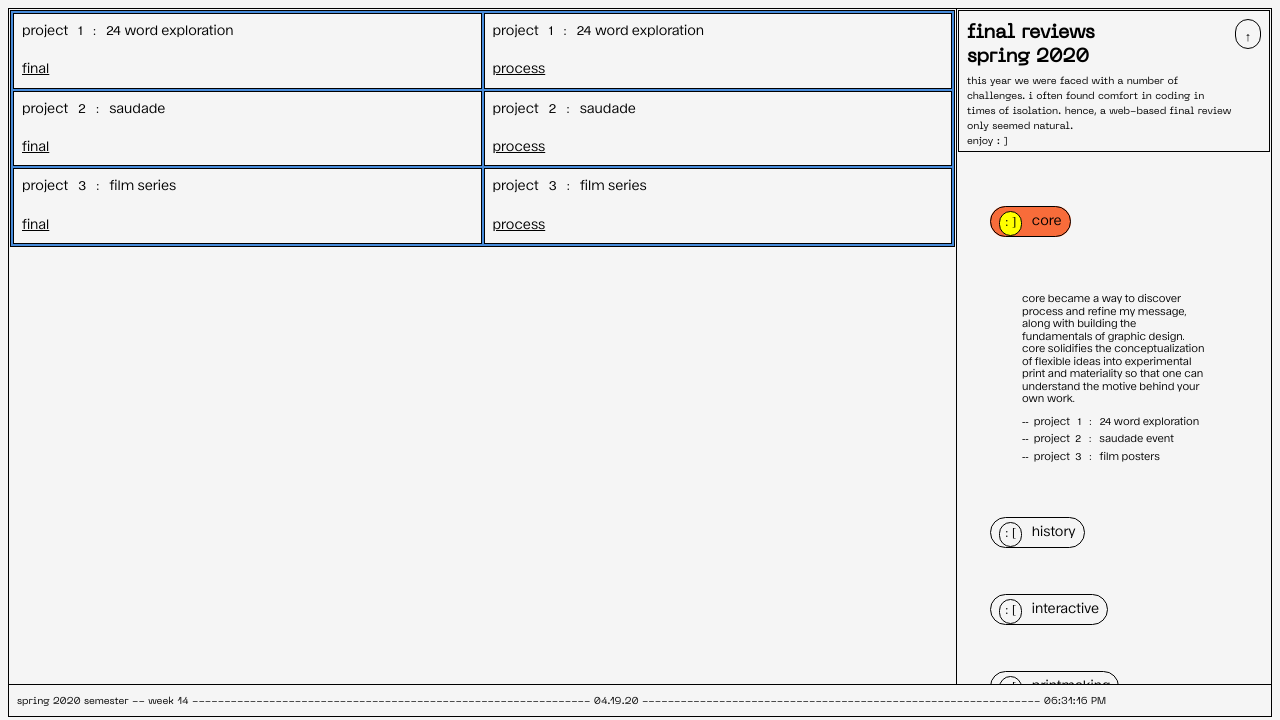
Repository: ayoungblood2/Spring-Semester-2020
Page: index v2/classes/core.html
The author's editor kept a copy of each file at every save. The page is drawn from the files as they stood at one save, then again after the next save.
The browser window is 1280 px wide. The pictures show the whole page.
Some web libraries are served in a nearby version.

Above is the page before, as saved 2020-04-19 21:39:56.

### index v2/classes/core.html
<html lang="en">

    <head>

        <meta charset="UTF-8">
        <meta name="viewport" content="width=device-width, initial-scale=1.0">
        <meta http-equiv="X-UA-Compatible" content="ie=edge">
        <link rel="stylesheet" href="/index v2/assets/css/main.css">

        <link rel="apple-touch-icon" sizes="180x180" href="/index v2/assets/icon/favicon_io/apple-touch-icon.png">
        <link rel="icon" type="image/png" sizes="32x32" href="/index v2/assets/icon/favicon_io/favicon-32x32.png">
        <link rel="icon" type="image/png" sizes="16x16" href="/index v2/assets/icon/favicon_io/favicon-16x16.png">

        <!-- <META HTTP-EQUIV="refresh" CONTENT="5; URL=http://127.0.0.1:5500/index%20v2/index2.html"> -->


        <title> : ] [ :</title>


    </head>

    <body class="none">


        <div id="coords" data-html2canvas-ignore="true" style="color: black; top: 747px; left: 58px;">click(48,737)
        </div>


        <main class="Main">

            <!-- <header class="PageHeader PageHeader--home">

                <section class="PageHeader-classInfo">
                    april 24th
                    <br>10:50 — 11:35am (F)
                    <br><a href="https://www.art.yale.edu/AveryYoungblood" target="_blank"
                        class="PageHeader--link">avery
                        youngblood</a>
                </section>
            </header>

            <header class="PageHeader PageHeader--home">
                <section class="PageHeader-classInfo">
                    welcome,
                    <br> please email me
                    <br><a href="avery.youngblood@yale.edu" class="PageHeader--link">feedback here</a>
                </section>
            </header> -->




            <header class="grid-container">
                <a href="/index v2/classes/core-prct1-1.html" class="PageHeader--link--2">
                    <section class="grid-item">
                        project&nbsp;&nbsp;&nbsp;1&nbsp;&nbsp;&nbsp;:&nbsp;&nbsp;&nbsp;24 word
                        exploration
                        <br>&nbsp;
                        <br><span style="text-decoration: underline;">final</span>
                    </section>
                </a>

                <a href="/index v2/classes/core-prct1-2.html" class="PageHeader--link--2">
                    <section class="grid-item">
                        project&nbsp;&nbsp;&nbsp;1&nbsp;&nbsp;&nbsp;:&nbsp;&nbsp;&nbsp;24 word
                        exploration
                        <br>&nbsp;
                        <br><span style="text-decoration: underline;">process</span>
                    </section>
                </a>

                <a href="/index v2/classes/core-prct2-1.html" class="PageHeader--link--2">
                    <section class="grid-item">
                        project&nbsp;&nbsp;&nbsp;2&nbsp;&nbsp;&nbsp;:&nbsp;&nbsp;&nbsp;saudade
                        <br>&nbsp;
                        <br><span style="text-decoration: underline;">final</span>
                    </section>
                </a>

                <a href="/index v2/classes/core-prct2-2.html" class="PageHeader--link--2">
                    <section class="grid-item">
                        project&nbsp;&nbsp;&nbsp;2&nbsp;&nbsp;&nbsp;:&nbsp;&nbsp;&nbsp;saudade
                        <br>&nbsp;
                        <br><span style="text-decoration: underline;">process</span>
                    </section>
                </a>

                <a href="/index v2/classes/core-prct3-1.html" class="PageHeader--link--2">
                    <section class="grid-item">
                        project&nbsp;&nbsp;&nbsp;3&nbsp;&nbsp;&nbsp;:&nbsp;&nbsp;&nbsp;film series
                        <br>&nbsp;
                        <br><span style="text-decoration: underline;">final</span>
                    </section>
                </a>

                <a href="/index v2/classes/core-prct3-2.html" class="PageHeader--link--2">
                    <section class="grid-item">
                        project&nbsp;&nbsp;&nbsp;3&nbsp;&nbsp;&nbsp;:&nbsp;&nbsp;&nbsp;film series
                        <br>&nbsp;
                        <br><span style="text-decoration: underline;">process</span>
                    </section>
                </a>

            </header>

        </main>





        <header class="Header">

            <a href="/index v2/index2.html" class="Header-link">
                <div class="wrapper">

                    <span class="Header-title">
                        <h2>
                            <span class="Header-span">final reviews</span>
                            <span class="Header-span">spring 2020</span></h2>
                        <br>
                        <div class="content">
                            <p> this year we were faced with a number of challenges.
                                i often found comfort in coding in times of isolation.
                                hence, a web-based final review only seemed natural. </p>
                            <p> enjoy : ] </p>

                    </span>
                    </span>

                </div>

                </div>
                <button onClick="window.location.href=window.location.href" class="Header-arrow">
                    ↑
                </button>

            </a>


            <nav class="Nav is-home">

                <ul class="Nav-list">

                    <li class="Nav-item ">
                        <span>
                            <a href="/index v2/index2.html" class="Nav-link-2" href="#" data-target="core">
                                core
                            </a>
                        </span>
                        <img src="/index v2/classes/core/project1/Avery_Slang_BW.png"
                            style="width:150%;transform:rotate(20deg);" class="page-header" />

                    </li>

                    <li class="more">
                        core became a way to discover process and refine my message, along with building the
                        fundamentals of graphic design.
                        core solidifies the conceptualization of flexible ideas into experimental print and
                        materiality so that one can understand the motive behind your own work.
                        <br><br><br>
                        <p>--&nbsp;&nbsp;project&nbsp;&nbsp;&nbsp;1&nbsp;&nbsp;&nbsp;:&nbsp;&nbsp;&nbsp;24 word
                            exploration</p>
                        <br>
                        <p>--&nbsp;&nbsp;project&nbsp;&nbsp;2&nbsp;&nbsp;&nbsp;:&nbsp;&nbsp;&nbsp;saudade event</p>
                        <br>
                        <p>--&nbsp;&nbsp;project&nbsp;&nbsp;3&nbsp;&nbsp;&nbsp;:&nbsp;&nbsp;&nbsp;film posters</p>
                    </li>





                    <li class="Nav-item ">
                        <span>
                            <a href="/index v2/classes/history.html"
                                class="Nav-link view-more view-less" href="#" data-target="history">
                                history
                            </a>
                        </span>
                        <img src="/index v2/classes/history/other images/event_default_31_1.jpg"
                            style="width:60%;transform:rotate(-50deg);margin:50px;" />
                        <ul id="history" class="viewing-less">

                            <li class="more">
                                this semester history provided me with context for design. instead of conceptualizing
                                from
                                personal ideation,
                                my process became reversed in history of graphic design. i found myself working from
                                historical references first,
                                then contextualizing into my own design language.
                                <br><br><br>
                                <p>--&nbsp;&nbsp;project&nbsp;&nbsp;&nbsp;1&nbsp;&nbsp;&nbsp;:&nbsp;&nbsp;&nbsp;sf
                                    psychedelic rock posters</p>
                                <br>
                                <p>--&nbsp;&nbsp;project&nbsp;&nbsp;2&nbsp;&nbsp;&nbsp;:&nbsp;&nbsp;&nbsp;designer
                                    accordion
                                </p>
                                <br>
                                <p>--&nbsp;&nbsp;project&nbsp;&nbsp;3&nbsp;&nbsp;&nbsp;:&nbsp;&nbsp;&nbsp;reading</p>
                                <br>
                                <p>--&nbsp;&nbsp;project&nbsp;&nbsp;4&nbsp;&nbsp;&nbsp;:&nbsp;&nbsp;&nbsp;research &
                                    resources</p>
                            </li>
                        </ul>
                    </li>


                    <li class="Nav-item ">
                        <span>
                            <a href="/index v2/classes/interactive.html"
                                class="Nav-link view-more view-less" href="#" data-target="interact">
                                interactive
                            </a>
                        </span>
                        <img src="/index v2/classes/interactive/web-as-site.png"
                            style="width:70%;transform:rotate(2deg);margin-top:300px;margin-left:300px;" />
                        <ul id="interact" class="viewing-less">

                            <li class="more">
                                we covered a lot in interactive this semester.
                                i've been actively learning HTML, CSS, and JavaScript, and experimenting ways to
                                introduce
                                these methods into my everyday studio practice.
                                the readings we had about the internet and the relationship to
                                embodied experience were eye-opening discussions.
                                everything of what i thought web-design "should-be" vanished. all expectations and
                                rules,
                                gone.
                                i learned there is a space for art in the web-space.
                                i appreciate the freedom of expression and encouragement of creativity from
                                conceptually-driven prompts in this class.
                                i want to incorporate this new perspective of organizing and translating design/process
                                into
                                an interactive space.
                                <br><br><br>
                                <p>--&nbsp;&nbsp;project&nbsp;&nbsp;&nbsp;1&nbsp;&nbsp;&nbsp;:&nbsp;&nbsp;&nbsp;list</p>
                                <br>
                                <p>--&nbsp;&nbsp;project&nbsp;&nbsp;2&nbsp;&nbsp;&nbsp;:&nbsp;&nbsp;&nbsp;clock</p>
                                <br>
                                <p>--&nbsp;&nbsp;project&nbsp;&nbsp;3&nbsp;&nbsp;&nbsp;:&nbsp;&nbsp;&nbsp;reading &
                                    resources</p>
                            </li>
                        </ul>
                    </li>


                    <li class="Nav-item ">
                        <span>
                            <a href="/index v2/classes/printmaking.html"
                                class="Nav-link view-more view-less" href="#" data-target="print">
                                printmaking
                            </a>
                        </span>
                        <img src="/index v2/classes/printmaking/reference pics/Screen Shot 2020-04-16 at 5.17.14 AM.png"
                            style="width:50%;transform:rotate(20deg);margin-top:200px;margin-left:10px;" />
                        <ul id="print" class="viewing-less">

                            <li class="more">
                                printmaking considers ways in which multiplicity, circulation, and archives have
                                functioned
                                within contemporary print based artworks.
                                We had visits to on-campus collections, collaborative studio work, and in class
                                discussions
                                of pertinent texts aim to place the
                                making of printed media within an expansive field of art practices.
                                Although, the second part of the semester was to focus on
                                how these concepts, materials, and forms connect to our own individual studio practices
                                through projects and printshop demonstrations focusing on the stencil and the book (we
                                still
                                had discussions of what we'd like to pursue in the future).
                                <br><br><br>
                                <p>--&nbsp;&nbsp;project&nbsp;&nbsp;&nbsp;1&nbsp;&nbsp;&nbsp;:&nbsp;&nbsp;&nbsp;reading
                                </p>
                                <br>
                                <p>--&nbsp;&nbsp;project&nbsp;&nbsp;2&nbsp;&nbsp;&nbsp;:&nbsp;&nbsp;&nbsp;research &
                                    resources</p>
                                <br>
                                <p>--&nbsp;&nbsp;project&nbsp;&nbsp;3&nbsp;&nbsp;&nbsp;:&nbsp;&nbsp;&nbsp;chapel street
                                    pole
                                </p>
                                <br>
                                <p>--&nbsp;&nbsp;project&nbsp;&nbsp;4&nbsp;&nbsp;&nbsp;:&nbsp;&nbsp;&nbsp;commissioned
                                    publication</p>
                            </li>
                        </ul>
                    </li>


                    <li class="Nav-item ">
                        <span>
                            <a href="/index v2/classes/independent.html"
                                class="Nav-link view-more view-less" href="#" data-target="ind">
                                independent
                            </a>
                        </span>
                        <img src="/index v2/classes/independent/we-need-to-talk/Screen Shot 2020-04-18 at 4.32.22 AM.png"
                            style="width:80%;transform:rotate(-63deg);margin:20px;" />
                        <ul id="ind" class="viewing-less">

                            <li class="more">
                                collaboration on all fronts. alvin (prelim GD) and amina (1st yr sculpture) became my
                                close
                                allies this semester.
                                our personal interests led the way in cultivating close-relationships,
                                along with intriguing long-term projects that i'm excited to continue and develop over
                                the
                                years.
                                <br>
                                the second half of the semester my attention and time became devoted to the covid-19
                                cause -
                                writing
                                and meeting and organizing 24/7 to work towards active nationwide solutions for the
                                future
                                of education.
                                <br><br><br>
                                <p>--&nbsp;&nbsp;project&nbsp;&nbsp;&nbsp;1&nbsp;&nbsp;&nbsp;:&nbsp;&nbsp;&nbsp;we-need-to-talk
                                </p>
                                <br>
                                <p>--&nbsp;&nbsp;project&nbsp;&nbsp;2&nbsp;&nbsp;&nbsp;:&nbsp;&nbsp;&nbsp;sonic rupture
                                </p>
                                <br>
                                <p>--&nbsp;&nbsp;project&nbsp;&nbsp;3&nbsp;&nbsp;&nbsp;:&nbsp;&nbsp;&nbsp;log & letters
                                </p>
                            </li>
                        </ul>
                    </li>
            </nav>


            <header class="PageHeader PageHeader--home" style="bottom:0;right:0;position:relative;">

                <section class="PageHeader-classInfo">
                    april 24th
                    <br>10:50 — 11:35am (F)
                    <br><a href="https://www.art.yale.edu/AveryYoungblood" target="_blank" class="PageHeader--link">avery
                        youngblood</a>
                </section>
            </header>

            <header class="PageHeader PageHeader--home">
                <section class="PageHeader-classInfo">
                    welcome,
                    <br> please email me
                    <br><a href="mailto:avery.youngblood@yale.edu" target="_blank" class="PageHeader--link">feedback here</a>
                </section>
            </header>

        </header>

        <span class="TimeStamp">spring semester week 01 04.15.20 05:07:06 PM</span>

        <script src="//ajax.googleapis.com/ajax/libs/jquery/1.7.1/jquery.min.js" type="text/javascript"></script>
        <script src="https://cdnjs.cloudflare.com/ajax/libs/moment.js/2.20.1/moment.min.js"></script>
        <script src="/index v2/assets/js/main.js"></script>
        <script src="/index v2/assets/js/scripts.js"></script>
        <script src="/index v2/assets/js/html2canvas.js"></script>




    </body>


</html>

<!-- yale school of art --
graphic design --
preliminary year --
final reviews --
spring 2020 -->

Loaded but not shown: index v2/assets/js/html2canvas.js (library); index v2/assets/js/scripts.js (193 lines, source omitted); index v2/assets/js/main.js (113 lines, source omitted); index v2/assets/css/main.css (1061 lines, source omitted)

After the next save:
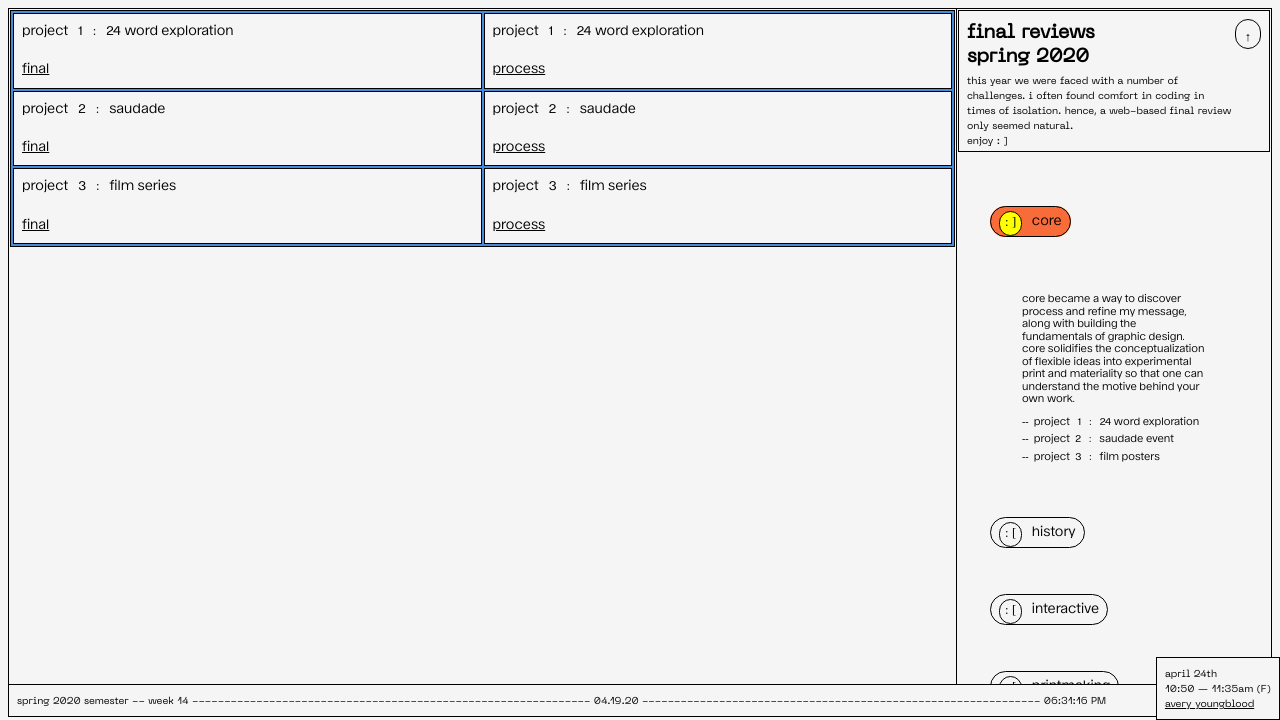
Saved 6 s later.
--- a/index v2/classes/core.html
+++ b/index v2/classes/core.html
@@ -328,7 +328,7 @@
             </nav>
 
 
-            <header class="PageHeader PageHeader--home" style="bottom:0;right:0;position:relative;">
+            <header class="PageHeader PageHeader--home" style="bottom:0;right:0;position:fixed;">
 
                 <section class="PageHeader-classInfo">
                     april 24th
